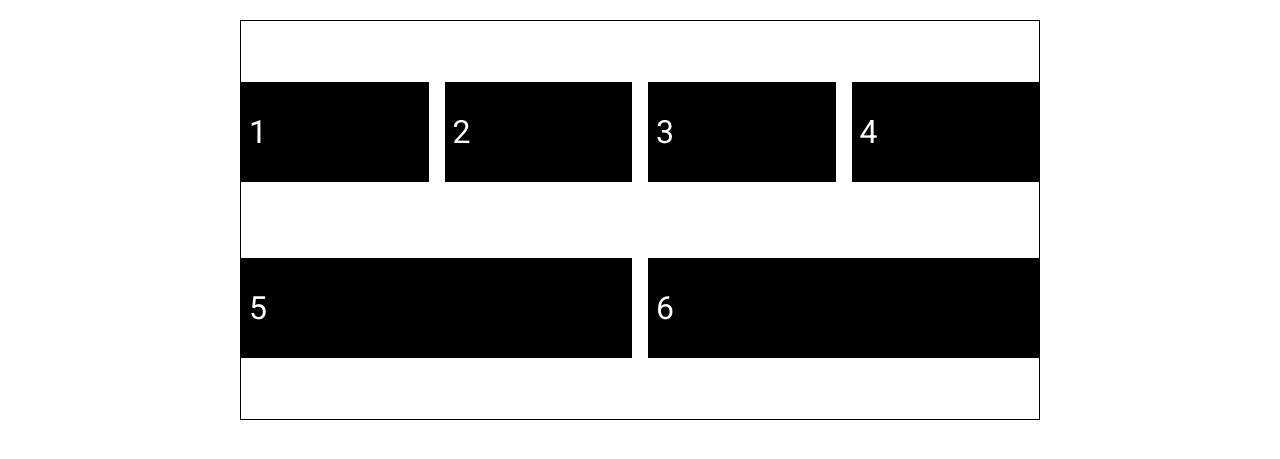
Repository: JavaProgrammerFromEastEurope/project-css-full-tutorial
Page: 14_lesson/index.html
These files come from the project's save history. The page is drawn as it stood at one moment and after the next save; the edit follows.
The browser window is 1280 px wide. The pictures show the whole page.

Above is the page before, as saved 2023-04-07 11:40:31.

### 14_lesson/index.html
<!DOCTYPE html>
<html lang="en">
  <head>
    <meta charset="UTF-8" />
    <meta http-equiv="X-UA-Compatible" content="IE=edge" />
    <meta name="viewport" content="width=device-width, initial-scale=1.0" />
    <title>CSS Flexbox</title>
    <link rel="stylesheet" href="css/style.css" />
  </head>

  <body>
    <main class="container">
      <div class="box">1</div>
      <div class="box">2</div>
      <div class="box">3</div>
      <div class="box">4</div>
      <div class="box">5</div>
      <div class="box">6</div>
    </main>
  </body>
</html>

### 14_lesson/css/style.css
@import url("https://fonts.googleapis.com/css2?family=Roboto&display=swap");

* {
  margin: 0;
  padding: 0;
  box-sizing: border-box;
}

body {
  font-family: "Roboto", sans-serif;
  min-height: 100vh;
  padding: 20px;
}

.container {
  max-width: 800px;
  min-height: 400px;
  margin-inline: auto;
  border: 1px solid #000;
  display: flex;
	gap: 1rem;
	justify-content: center;
	align-items: center;
	flex-flow: row wrap;
	align-content: space-evenly;
}

.box {
  /* min-width: 100px; */
  height: 100px;
  background-color: #000;
  color: #fff;
  font-size: 2rem;
  padding: 0.5rem;

	display: flex;
	justifycontent: center;
	align-items: center;

	flex: 1 1 150px;
}

.box:

After the next save:
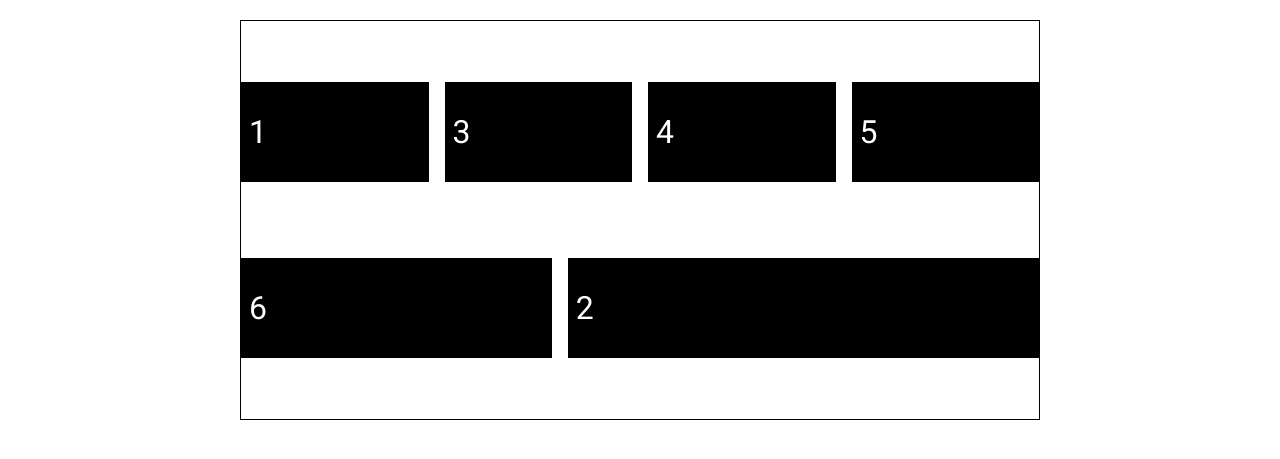
Saved 16 s later.
--- a/14_lesson/css/style.css
+++ b/14_lesson/css/style.css
@@ -40,4 +40,7 @@ body {
 	flex: 1 1 150px;
 }
 
-.box:
+.box:nth-child(2) {
+	flex: 2 2 150px;
+	order: 1;
+}
